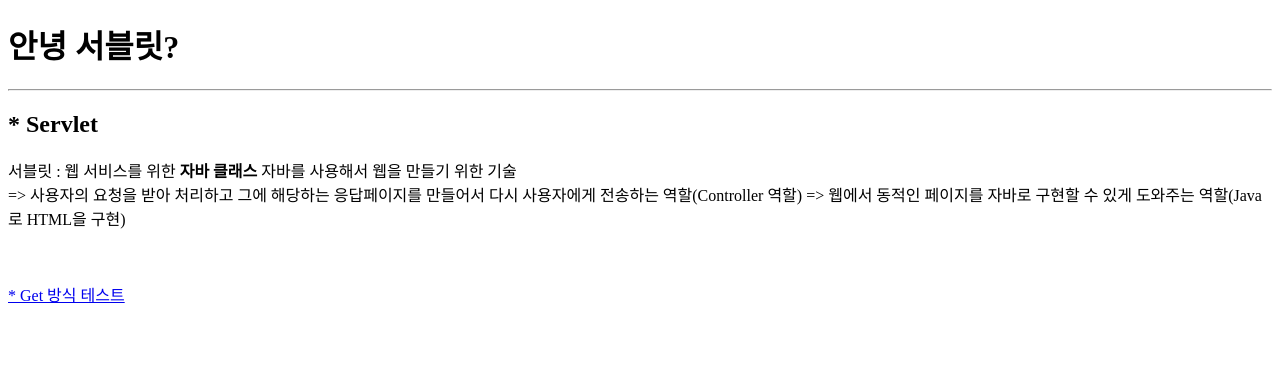
Repository: Seong-Jun1525/kh-server
Page: 1_servlet/src/main/webapp/index.html
These files come from the project's save history. The page is drawn as it stood at one moment and after the next save; the edit follows.
The browser window is 1280 px wide. The pictures show the whole page.

Above is the page before, as saved 2025-03-19 03:43:38.

### 1_servlet/src/main/webapp/index.html
<!DOCTYPE html>
<html>
<head>
<meta charset="UTF-8">
<title>서블릿 시작</title>
</head>
<body>
	<h1>안녕 서블릿?</h1>

	<hr>
	<h2>* Servlet</h2>
	<p>
		서블릿 : 웹 서비스를 위한 <b>자바 클래스</b> 자바를 사용해서 웹을 만들기 위한 기술<br>
		=> 사용자의 요청을 받아 처리하고 그에 해당하는 응답페이지를 만들어서 다시 사용자에게 전송하는 역할(Controller 역할)
		=> 웹에서 동적인 페이지를 자바로 구현할 수 있게 도와주는 역할(Java로 HTML을 구현)
	</p>
	<br><br>

	<!--
		* 상대 경로 : 현재 페이지의 url 주소에서 마지막 / 뒤에 요청한 url 주소를 덧붙여서 요청(찾게됨)
			=> localhost:8888/1_servlet/요청한url주소

		* 절대 경로 : 요청 주소를 / 부터 작성 (/ : 루트 경로)
			=> 톰캣 서버 IP주소 : 포트번호 뒤에 요청 주소를 덧붙여서 요청(찾게됨)
			ex) / views/requestTest_GET.html로 요청 시 localhost:8888/views/requestTest_GET.html로 요청하게 됨
			프로젝트명/views/... 요청해야 현재 웹앱에 있는 해당 파일을 찾을 수 있을 것임
	-->
	<a href="views/requestTest_GET.html">* Get 방식 테스트</a>
</body>
</html>

After the next save:
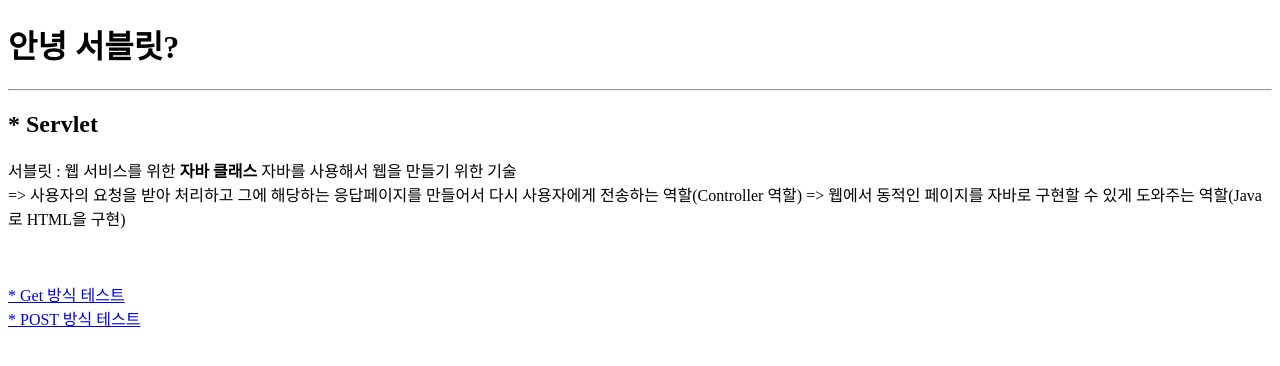
Saved 69 s later.
--- a/1_servlet/src/main/webapp/index.html
+++ b/1_servlet/src/main/webapp/index.html
@@ -25,6 +25,7 @@
 			ex) / views/requestTest_GET.html로 요청 시 localhost:8888/views/requestTest_GET.html로 요청하게 됨
 			프로젝트명/views/... 요청해야 현재 웹앱에 있는 해당 파일을 찾을 수 있을 것임
 	-->
-	<a href="views/requestTest_GET.html">* Get 방식 테스트</a>
+	<a href="views/requestTest_GET.html">* Get 방식 테스트</a><br>
+	<a href="views/requestTest_POST.html">* POST 방식 테스트</a>
 </body>
 </html>
